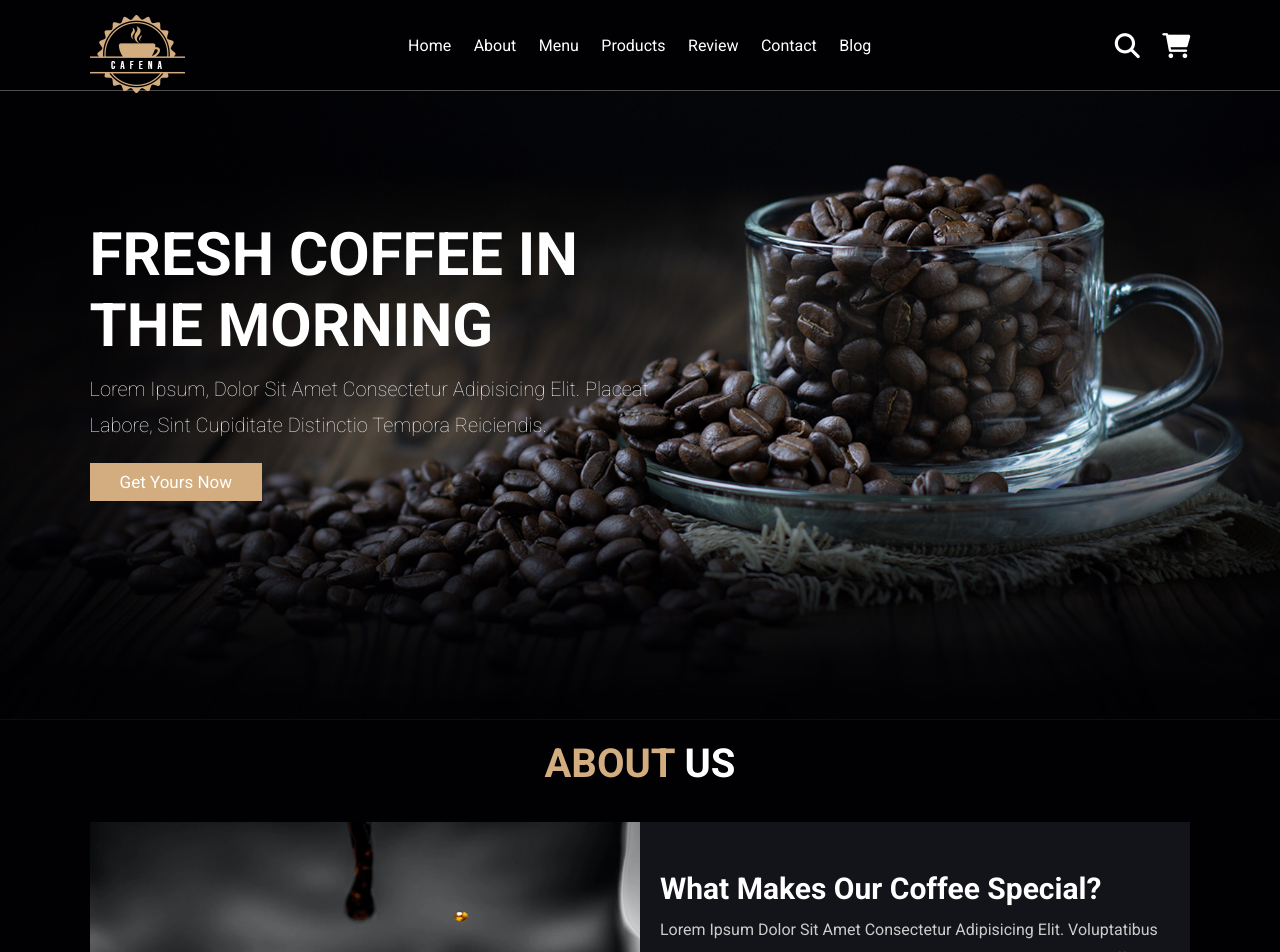
Repository: phamtrunghptn-dev/coffee-shop
Page: index.html
These files come from the project's save history. The page is drawn as it stood at one moment and after a run of saves; the edit follows.
The browser window is 1280 px wide. The pictures show the part of the page from y = 0 to 952 px (the page is 4708 px tall).
A picture or video elsewhere on the page could not be fetched, so the positions and the page height are approximate. Some web libraries are served in a nearby version.

Above is the page before, as saved 2022-06-26 22:22:26.

### index.html
<!DOCTYPE html>
<html lang="en">
<head>
    <meta charset="UTF-8">
    <meta http-equiv="X-UA-Compatible" content="IE=edge">
    <meta name="viewport" content="width=device-width, initial-scale=1.0">
    <link rel="stylesheet" href="https://cdnjs.cloudflare.com/ajax/libs/font-awesome/6.1.1/css/all.min.css">
    <link rel="stylesheet" href="./css/style.css">
    <title>The Coffee Shop</title>
</head>
<body>
    <!-- Header -->
    <header class="header">
        <a href="#" class="logo">
            <img src="./images/logo.png" alt="">
        </a>

        <nav class="navbar">
            <a href="#home">home</a>
            <a href="#about">about</a>
            <a href="#menu">menu</a>
            <a href="#products">products</a>
            <a href="#review">review</a>
            <a href="#contact">contact</a>
            <a href="#blog">blog</a>
        </nav>

        <div class="icons">
            <div class="fas fa-search" id="search-btn"></div>
            <div class="fas fa-shopping-cart" id="cart-btn"></div>
            <div class="fas fa-bars" id="menu-btn"></div>
        </div>

        <div class="search-form">
            <input type="search" id="search-box" placeholder="Search here ....">
            <label for="search-box" class="fas fa-search"></label>
        </div>

        <div class="cart-items-container">
            <div class="cart-item">
                <span class="fas fa-times"></span>
                <img src="./images/cart-item-1.png" alt="">
                <div class="content">
                    <h3>cart item 01</h3>
                    <div class="price">$15.99/-</div>
                </div>
            </div>
            <div class="cart-item">
                <span class="fas fa-times"></span>
                <img src="./images/cart-item-2.png" alt="">
                <div class="content">
                    <h3>cart item 02</h3>
                    <div class="price">$15.99/-</div>
                </div>
            </div>
            <div class="cart-item">
                <span class="fas fa-times"></span>
                <img src="./images/cart-item-3.png" alt="">
                <div class="content">
                    <h3>cart item 03</h3>
                    <div class="price">$15.99/-</div>
                </div>
            </div><div class="cart-item">
                <span class="fas fa-times"></span>
                <img src="./images/cart-item-4.png" alt="">
                <div class="content">
                    <h3>cart item 04</h3>
                    <div class="price">$15.99/-</div>
                </div>
            </div>
            <a href="#" class="btn">check out now</a>
        </div>

    </header>

    <!-- Home section -->
    <section class="home" id="home">
        <div class="content">
            <h3>fresh coffee in the morning</h3>
            <p>Lorem Ipsum, Dolor Sit Amet Consectetur Adipisicing Elit. Placeat Labore, Sint Cupiditate Distinctio Tempora Reiciendis.</p>
            <a href="#" class="btn">get yours now</a>

        </div>
    </section>

    <!-- About section -->
    <section class="about" id="about">
        <h1 class="heading"> <span>about</span> us </h1>
        <div class="row">
            <div class="image">
                <img src="./images/about-img.jpeg" alt="">
            </div>

            <div class="content">
                <h3>what makes our coffee special?</h3>
                <p>Lorem Ipsum Dolor Sit Amet Consectetur Adipisicing Elit. Voluptatibus Qui Ea Ullam, Enim Tempora Ipsum Fuga Alias Quae Ratione A Officiis Id Temporibus Autem? Quod Nemo Facilis Cupiditate. Ex, Vel?</p>
                <p>Lorem Ipsum Dolor Sit Amet Consectetur, Adipisicing Elit. Odit Amet Enim Quod Veritatis, Nihil Voluptas Culpa! Neque Consectetur Obcaecati Sapiente?</p>
                <a href="#" class="btn">learn more</a>
            </div>
        </div>
    </section>

    <!-- Menu section -->
    <section class="menu" id="menu">
        <h1 class="heading"> our <span>menu</span> </h1>

        <div class="box-container">

            <div class="box">
                <img src="./images/menu-1.png" alt="">
                <h3>tasty and healthy</h3>
                <div class="price">$15.99 <span>20.99</span></div>
                <a href="#" class="btn">add to cart</a>
            </div>

            <div class="box">
                <img src="./images/menu-2.png" alt="">
                <h3>tasty and healthy</h3>
                <div class="price">$15.99 <span>20.99</span></div>
                <a href="#" class="btn">add to cart</a>
            </div>

            <div class="box">
                <img src="./images/menu-3.png" alt="">
                <h3>tasty and healthy</h3>
                <div class="price">$15.99 <span>20.99</span></div>
                <a href="#" class="btn">add to cart</a>
            </div>

            <div class="box">
                <img src="./images/menu-4.png" alt="">
                <h3>tasty and healthy</h3>
                <div class="price">$15.99 <span>20.99</span></div>
                <a href="#" class="btn">add to cart</a>
            </div>

            <div class="box">
                <img src="./images/menu-5.png" alt="">
                <h3>tasty and healthy</h3>
                <div class="price">$15.99 <span>20.99</span></div>
                <a href="#" class="btn">add to cart</a>
            </div>

            <div class="box">
                <img src="./images/menu-6.png" alt="">
                <h3>tasty and healthy</h3>
                <div class="price">$15.99 <span>20.99</span></div>
                <a href="#" class="btn">add to cart</a>
            </div>
        </div>
    </section>

    <!-- Product section -->
    <section class="products" id="products">
        <h1 class="heading"> our <span>products</span>
        </h1>
        <div class="box-container">
            <div class="box">
                <div class="icons">
                    <a href="" class="fas fa-shopping-cart"></a>
                    <a href="" class="fas fa-heart"></a>
                    <a href="" class="fas fa-eye"></a>
                </div>
                <div class="image">
                    <img src="./images/product-1.png" alt="">
                </div>
                <div class="content">
                    <h3>fesh cofffee</h3>
                    <div class="stars">
                        <i class="fas fa-star"></i>
                        <i class="fas fa-star"></i>
                        <i class="fas fa-star"></i>
                        <i class="fas fa-star"></i>
                        <i class="fas fa-star-half-alt"></i>
                    </div>
                    <div class="price">$15.99 <span>$20.99</span></div>
                </div>
            </div>

            <div class="box">
                <div class="icons">
                    <a href="" class="fas fa-shopping-cart"></a>
                    <a href="" class="fas fa-heart"></a>
                    <a href="" class="fas fa-eye"></a>
                </div>
                <div class="image">
                    <img src="./images/product-2.png" alt="">
                </div>
                <div class="content">
                    <h3>fesh cofffee</h3>
                    <div class="stars">
                        <i class="fas fa-star"></i>
                        <i class="fas fa-star"></i>
                        <i class="fas fa-star"></i>
                        <i class="fas fa-star"></i>
                        <i class="fas fa-star-half-alt"></i>
                    </div>
                    <div class="price">$15.99 <span>$20.99</span></div>
                </div>
            </div>

            <div class="box">
                <div class="icons">
                    <a href="" class="fas fa-shopping-cart"></a>
                    <a href="" class="fas fa-heart"></a>
                    <a href="" class="fas fa-eye"></a>
                </div>
                <div class="image">
                    <img src="./images/product-3.png" alt="">
                </div>
                <div class="content">
                    <h3>fesh cofffee</h3>
                    <div class="stars">
                        <i class="fas fa-star"></i>
                        <i class="fas fa-star"></i>
                        <i class="fas fa-star"></i>
                        <i class="fas fa-star"></i>
                        <i class="fas fa-star-half-alt"></i>
                    </div>
                    <div class="price">$15.99 <span>$20.99</span></div>
                </div>
            </div>
        </div>
    </section>

    <!-- Review section -->
    <section class="review" id="review">
        <h1 class="heading">customer's <span>review</span></h1>
        <div class="box-container">
            <div class="box">
                <img src="./images/quote-img.png" alt="" class="quote">
                <p>Lorem Ipsum Dolor Sit Amet Consectetur Adipisicing Elit. Animi Nulla Sit Libero Nemo Fuga Sequi Nobis? Necessitatibus Aut Laborum, Nisi Quas Eaque Laudantium Consequuntur Iste Ex Aliquam Minus Vel? Nemo.</p>
                <img src="./images/pic-1.png" alt="" class="user">
                <h3>john deo</h3>
                <div class="stars">
                    <i class="fas fa-star"></i>
                    <i class="fas fa-star"></i>
                    <i class="fas fa-star"></i>
                    <i class="fas fa-star"></i>
                    <i class="fas fa-star-half-alt"></i>
                </div>
            </div>

            <div class="box">
                <img src="./images/quote-img.png" alt="" class="quote">
                <p>Lorem Ipsum Dolor Sit Amet Consectetur Adipisicing Elit. Animi Nulla Sit Libero Nemo Fuga Sequi Nobis? Necessitatibus Aut Laborum, Nisi Quas Eaque Laudantium Consequuntur Iste Ex Aliquam Minus Vel? Nemo.</p>
                <img src="./images/pic-2.png" alt="" class="user">
                <h3>john deo</h3>
                <div class="stars">
                    <i class="fas fa-star"></i>
                    <i class="fas fa-star"></i>
                    <i class="fas fa-star"></i>
                    <i class="fas fa-star"></i>
                    <i class="fas fa-star-half-alt"></i>
                </div>
            </div>

            <div class="box">
                <img src="./images/quote-img.png" alt="" class="quote">
                <p>Lorem Ipsum Dolor Sit Amet Consectetur Adipisicing Elit. Animi Nulla Sit Libero Nemo Fuga Sequi Nobis? Necessitatibus Aut Laborum, Nisi Quas Eaque Laudantium Consequuntur Iste Ex Aliquam Minus Vel? Nemo.</p>
                <img src="./images/pic-3.png" alt="" class="user">
                <h3>john deo</h3>
                <div class="stars">
                    <i class="fas fa-star"></i>
                    <i class="fas fa-star"></i>
                    <i class="fas fa-star"></i>
                    <i class="fas fa-star"></i>
                    <i class="fas fa-star-half-alt"></i>
                </div>
            </div>
        </div>
    </section>

    <!-- Contact review -->
    <section class="contact" id="contact">
        <h1 class="heading"><span>contact</span> us </h1>
        <div class="row">

            <iframe class="map" src="https://www.google.com/maps/embed?pb=!1m18!1m12!1m3!1d14894.724021253294!2d105.73943092868184!3d21.045446075827776!2m3!1f0!2f0!3f0!3m2!1i1024!2i768!4f13.1!3m3!1m2!1s0x313454edde040b6b%3A0xc58fc8234a539d75!2zTmcuIDE5NSBD4bqndSBEaeG7hW4sIFBow7pjIERp4buFbiwgVOG7qyBMacOqbSwgSMOgIE7hu5lpLCBWaeG7h3QgTmFt!5e0!3m2!1svi!2s!4v1656252277946!5m2!1svi!2s" allowfullscreen="" loading="lazy" referrerpolicy="no-referrer-when-downgrade"></iframe>

            <form action="">
                <h3>get in touch</h3>
                <div class="inputBox">
                    <span class="fas fa-user"></span>
                    <input type="text" placeholder="name">
                </div>
                <div class="inputBox">
                    <span class="fas fa-envelope"></span>
                    <input type="email" placeholder="email">
                </div>
                <div class="inputBox">
                    <span class="fas fa-phone"></span>
                    <input type="number" placeholder="number">
                </div>
                <input type="submit" value="contact now" class="btn">
            </form>
        </div>
    </section>

    <!-- Blogs section -->
    <section class="blogs" id="blogs">
        <h1 class="heading">our <span>blogs</span></h1>
        <div class="box-container">
            <div class="box">
                <div class="image">
                    <img src="./images/blog-1.jpeg" alt="">
                </div>
                <div class="content">
                    <a href="" class="title">tasty and refreshing coffee</a>
                    <span>by admin / 21st may, 2021</span>
                    <p>Lorem Ipsum Dolor Sit Amet Consectetur Adipisicing Elit. Non, Dicta.</p>
                    <a href="#" class="btn">read more</a>
                </div>
            </div>

            <div class="box">
                <div class="image">
                    <img src="./images/blog-2.jpeg" alt="">
                </div>
                <div class="content">
                    <a href="" class="title">tasty and refreshing coffee</a>
                    <span>by admin / 21st may, 2021</span>
                    <p>Lorem Ipsum Dolor Sit Amet Consectetur Adipisicing Elit. Non, Dicta.</p>
                    <a href="#" class="btn">read more</a>
                </div>
            </div>

            <div class="box">
                <div class="image">
                    <img src="./images/blog-3.jpeg" alt="">
                </div>
                <div class="content">
                    <a href="" class="title">tasty and refreshing coffee</a>
                    <span>by admin / 21st may, 2021</span>
                    <p>Lorem Ipsum Dolor Sit Amet Consectetur Adipisicing Elit. Non, Dicta.</p>
                    <a href="#" class="btn">read more</a>
                </div>
            </div>
        </div>
    </section>

    <!-- Footer section -->
    <section class="footer" id="footer">
        <div class="share">
            <a href="" class="fab fa-facebook-f"></a>
            <a href="" class="fab fa-twitter"></a>
            <a href="" class="fab fa-instagram"></a>
            <a href="" class="fab fa-linkedin"></a>
            <a href="" class="fab fa-pinterest"></a>
        </div>
        <div class="links">
            <a href="#">home</a>
            <a href="#">about</a>
            <a href="#">menu</a>
            <a href="#">products</a>
            <a href="#">review</a>
            <a href="#">contact</a>
            <a href="#">blogs</a>
        </div>
        <div class="credit">created by <span>PHT</span></div>
    </section>

    <script src="./js/script.js"></script>
</body>
</html>

Loaded but not shown: js/script.js (29 lines, source omitted); css/style.css (633 lines, source omitted)

After the next 3 saves:
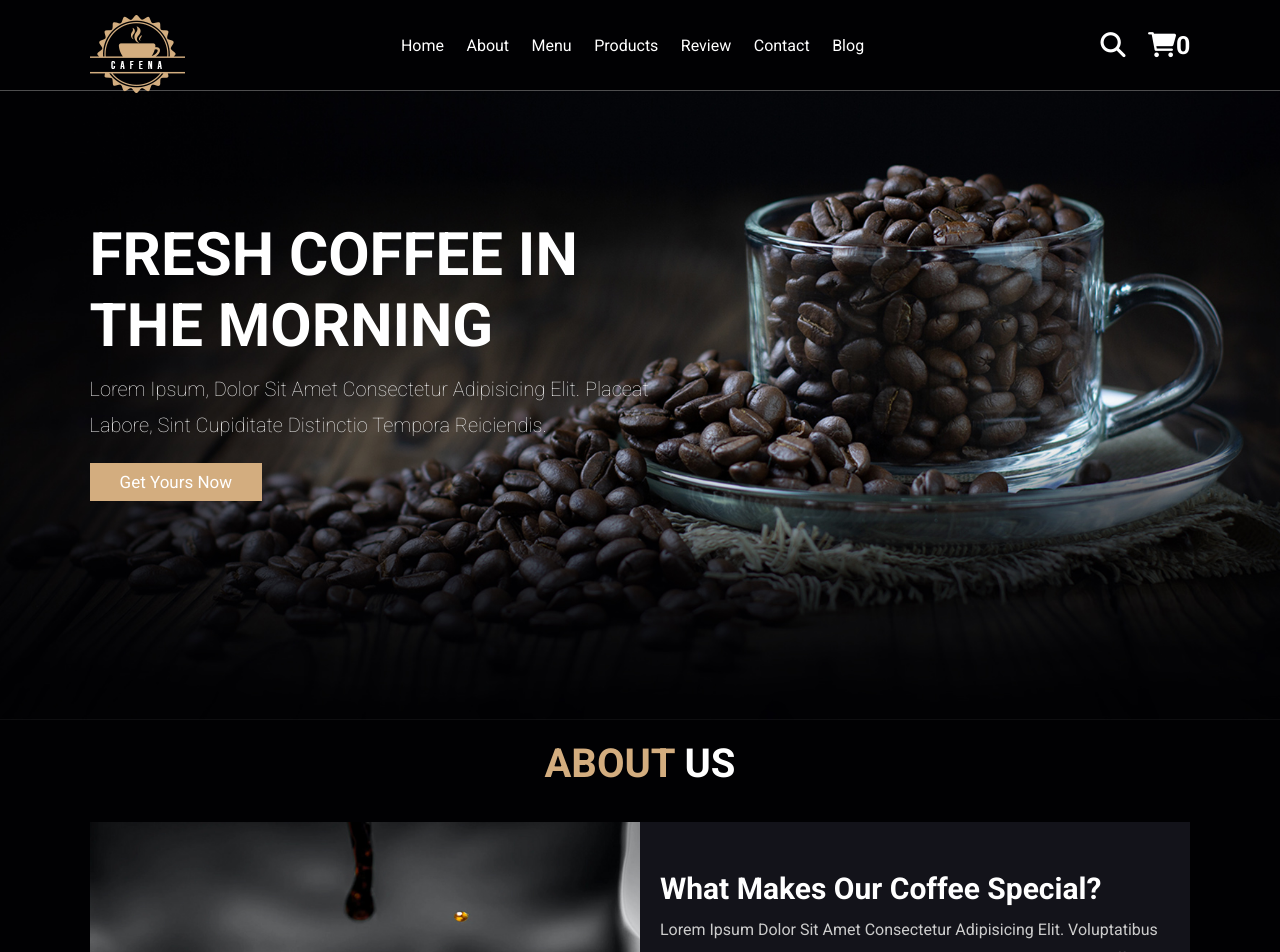
The 3 saves are shown as one change because they came seconds apart.
The last was saved 2 days later.
--- a/index.html
+++ b/index.html
@@ -27,7 +27,7 @@
 
         <div class="icons">
             <div class="fas fa-search" id="search-btn"></div>
-            <div class="fas fa-shopping-cart" id="cart-btn"></div>
+            <div class="fas fa-shopping-cart" id="cart-btn"><span>0</span></div>
             <div class="fas fa-bars" id="menu-btn"></div>
         </div>
 
